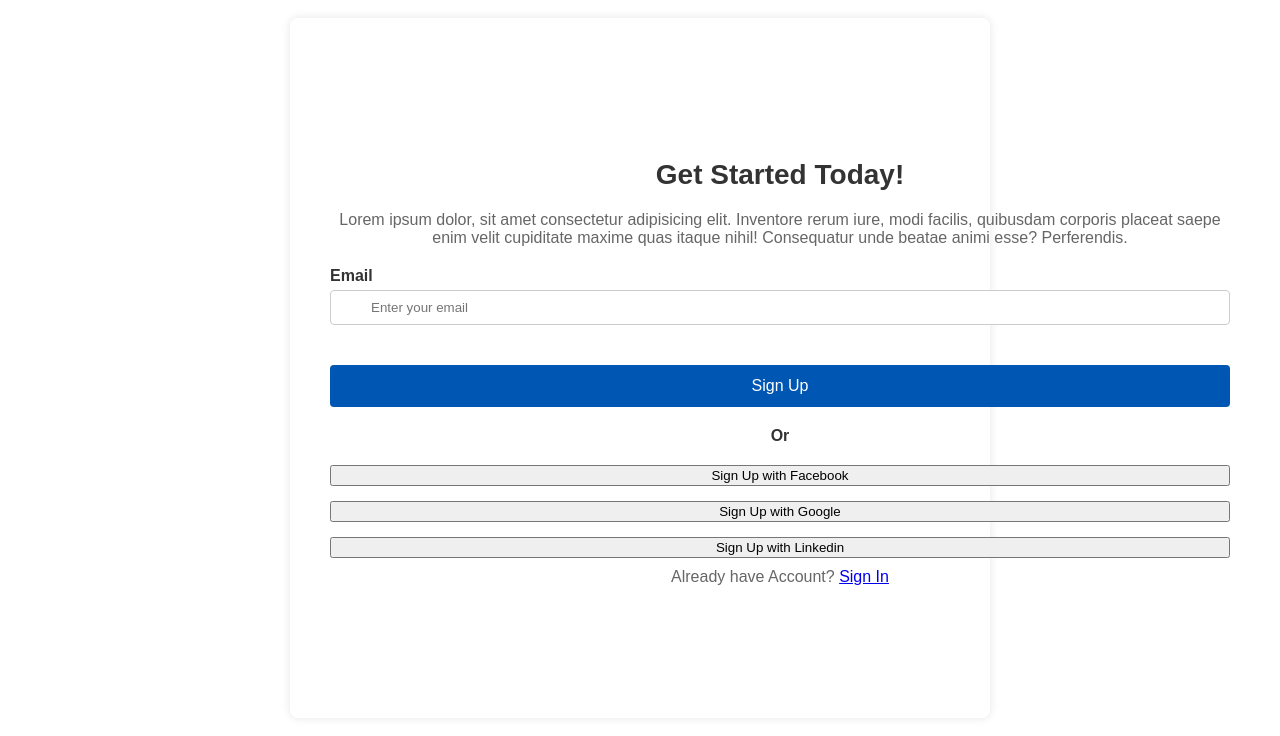
Repository: Femi007-gh/LOGIN-INTERFACE
Page: index.html
The author's editor kept a copy of each file at every save. The page is drawn from the files as they stood at one save, then again after the next save.
The browser window is 1280 px wide. The pictures show the whole page.

Above is the page before, as saved 2025-01-20 21:11:28.

After the next save:
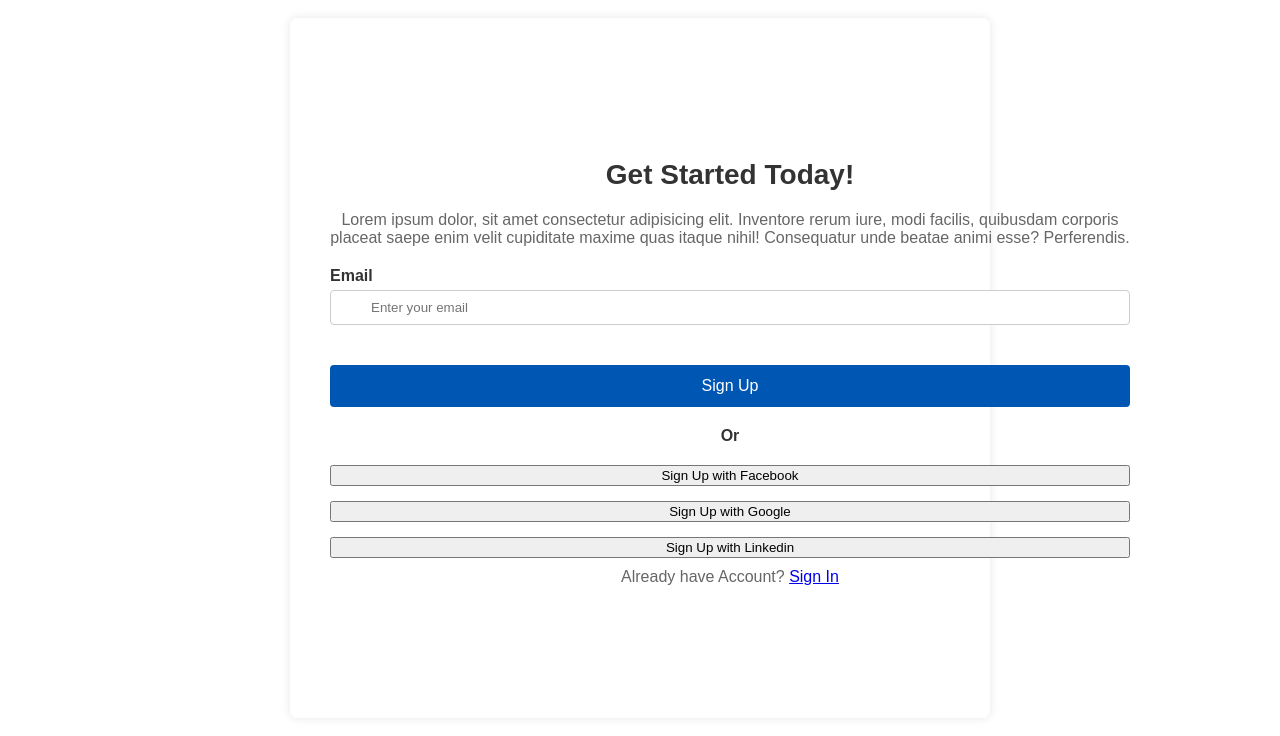
Saved 11 s later.
--- a/style.css
+++ b/style.css
@@ -54,7 +54,7 @@ p {
 }
 
 input[type="email"], input[type="text"] {
-  width: 900px;
+  width: 800px;
   height: 35px;
   border: 1px solid #ccc;
   border-radius: 4px;
